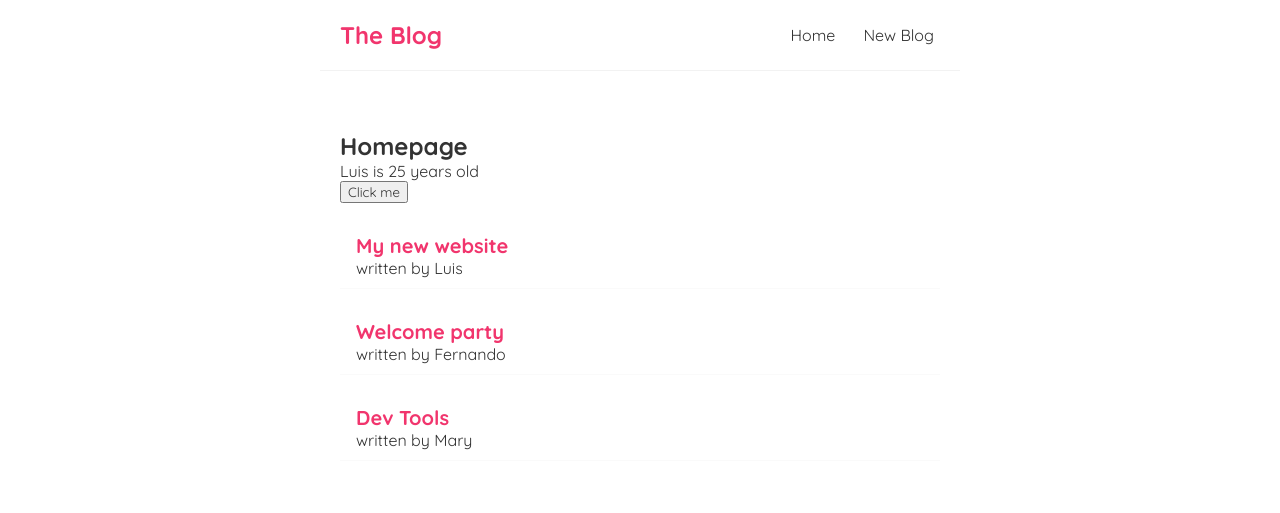
Repository: castilla-aurela/react-blog
Page: /
The author's editor kept a copy of each file at every save. The page is drawn from the files as they stood at one save, then again after a run of saves.
The browser window is 1280 px wide. The pictures show the whole page.
The project was rebuilt for these pictures with package versions that can differ from the ones it lists, and the page was loaded fresh each time.

Above is the page before, as saved 2022-02-17 16:59:57.

After the next 3 saves:
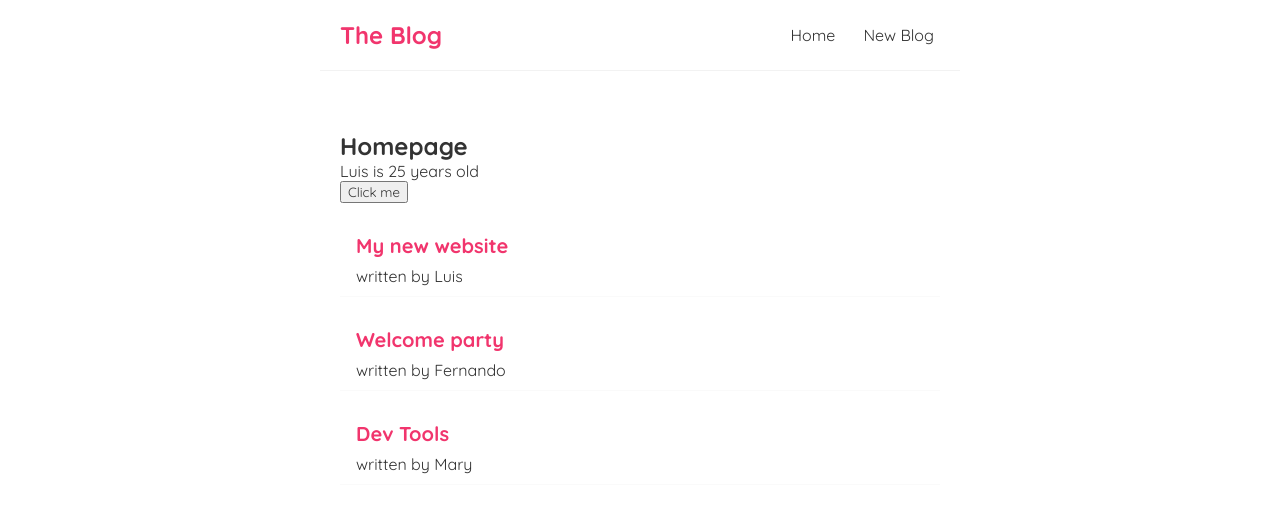
The 3 saves are shown as one change because they came seconds apart.
The last was saved 9 s later.
--- a/src/index.css
+++ b/src/index.css
@@ -49,5 +49,5 @@
 .blog-preview h2 {
   font-size: 20px;
   color: #f1356d;
-
+  margin-bottom: 8px;
 }
